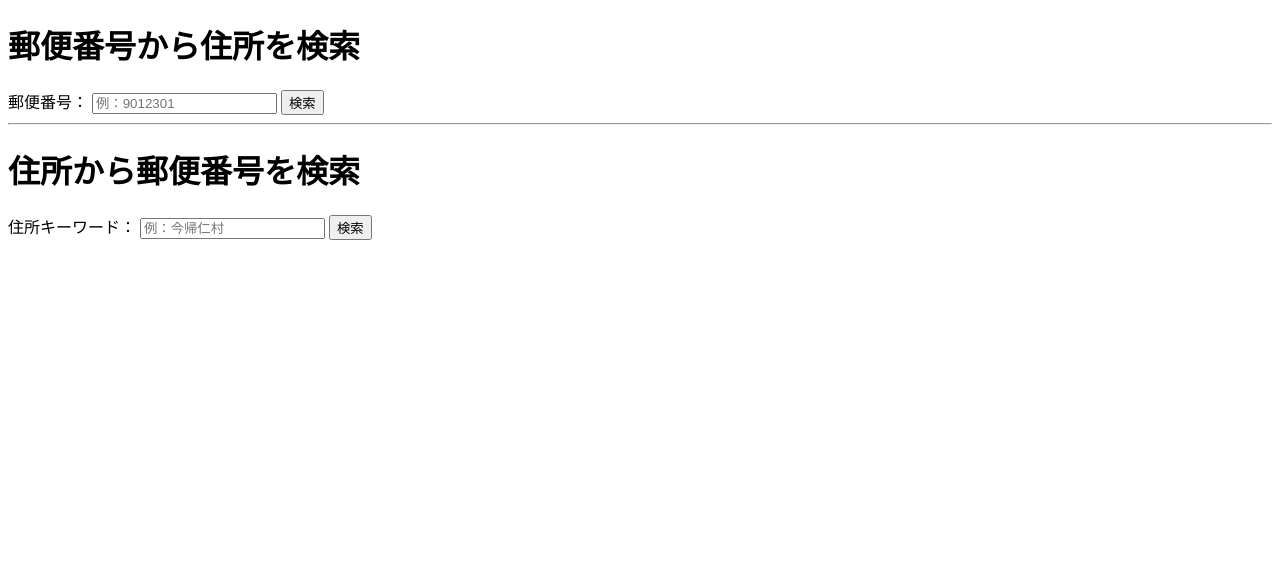
Repository: fkybiu0529-dot/zip-search-flask
Page: http://localhost/
The author's editor kept a copy of each file at every save. The page is drawn from the files as they stood at one save, then again after the next save.
The browser window is 1280 px wide. The pictures show the whole page.
The page is served by the project's application, run on Flask 3 (app.py).

Above is the page before, as saved 2026-01-30 17:11:30.

After the next save:
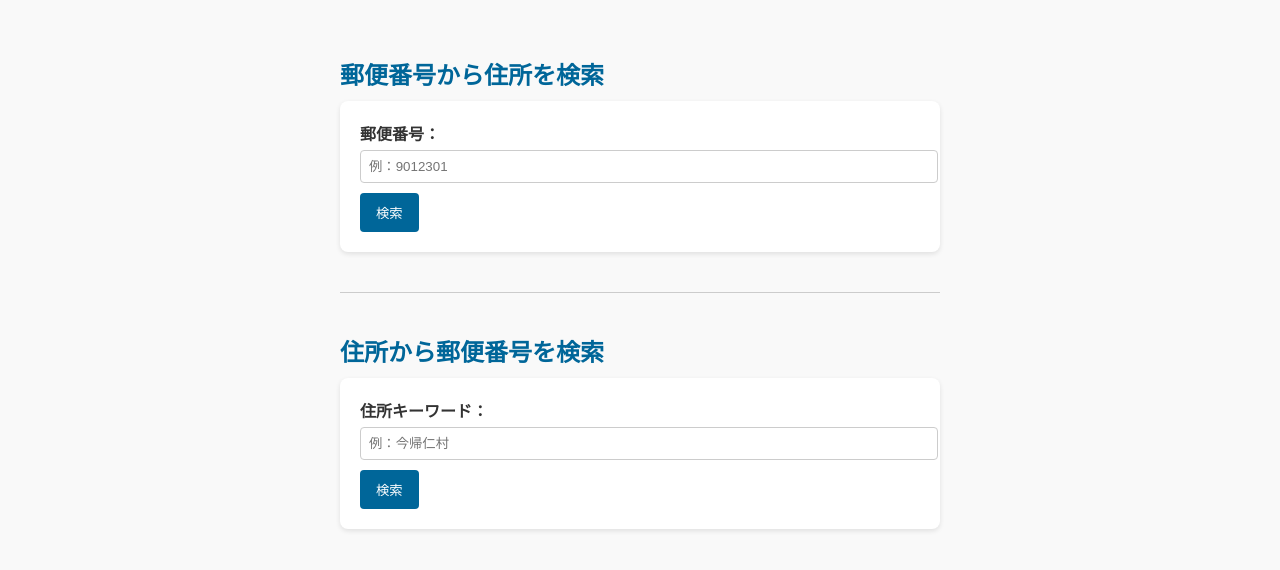
Saved 81 s later.
--- a/templates/index.html
+++ b/templates/index.html
@@ -3,6 +3,8 @@
 <head>
     <meta charset="UTF-8">
     <title>郵便番号検索アプリ</title>
+    <link rel="stylesheet" href="{{ url_for('static', filename='style.css') }}">
+
 </head>
 <body>
     <h1>郵便番号から住所を検索</h1>
